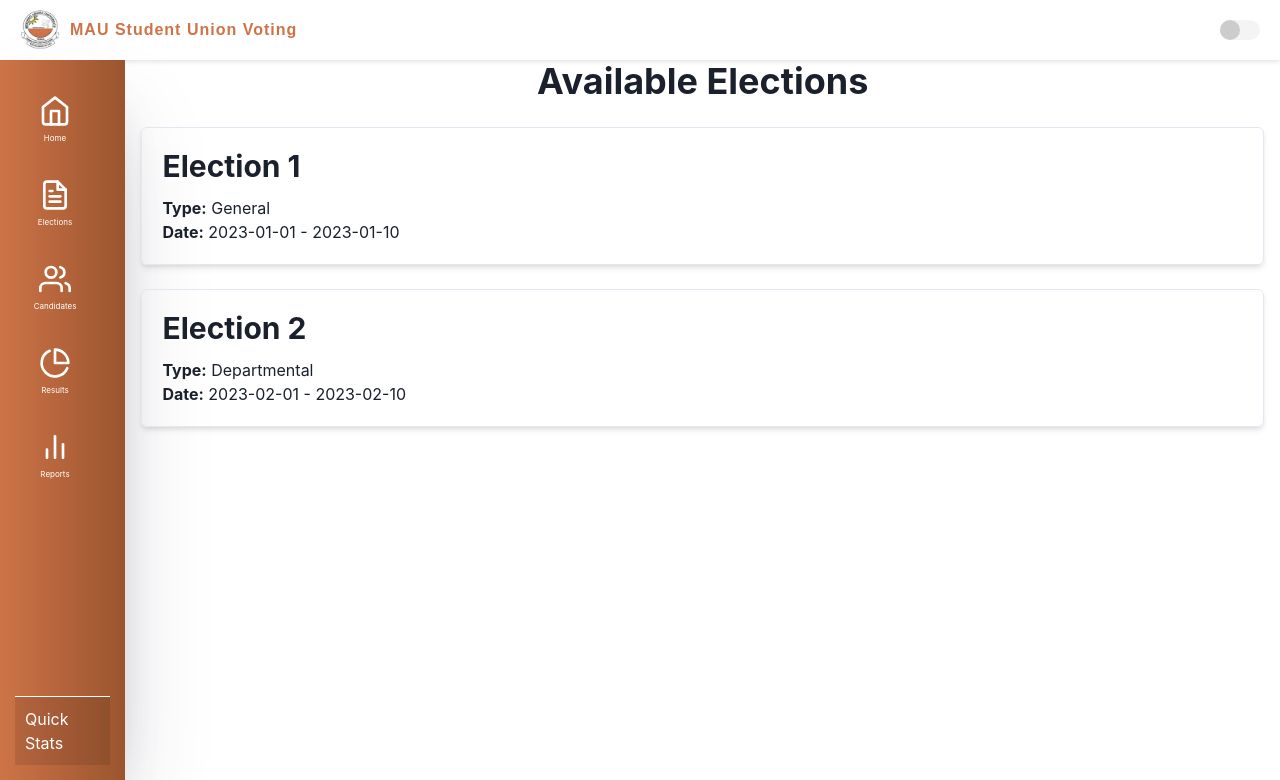
Repository: joena1o/e-vote
Page: /ElectionCommittee-dashboard/election-list
These files come from the project's save history. The page is drawn as it stood at one moment and after the next save; the edit follows.
The browser window is 1280 px wide. The pictures show the whole page.
The project was rebuilt for these pictures with package versions that can differ from the ones it lists, and the page was loaded fresh each time. Also part of the build but not shown: src/components/EnhancedLogin.js, src/components/maincontent/RegisterStudents/ManageStudents.js, src/components/maincontent/RegisterStudents/RegisterStudents.js, src/components/maincontent/RegisterStudents/StudentManagement.js, src/components/maincontent/ElectionResults/ViewResults.js, src/components/maincontent/Settings/Settings.js, src/api/index.js, src/components/maincontent/home/Home.styles.js and 16 more.

Above is the page before, as saved 2023-10-24 08:27:10.

### src/index.js
import React from 'react';
import ReactDOM from 'react-dom/client';
import './index.css';
import App from './App';
import reportWebVitals from './reportWebVitals';
import Modal from 'react-modal';

// Set the app element for the modal for accessibility purposes
Modal.setAppElement('#root');

const root = ReactDOM.createRoot(document.getElementById('root'));
root.render(
  <React.StrictMode>
    <App />
  </React.StrictMode>
);

// If you want to start measuring performance in your app, pass a function
// to log results (for example: reportWebVitals(console.log))
// or send to an analytics endpoint. Learn more: https://bit.ly/CRA-vitals
reportWebVitals();

### src/App.js
import React from 'react';
import { BrowserRouter as Router, Routes, Route, Navigate } from 'react-router-dom';
import EnhancedLogin from './components/EnhancedLogin';
import AdminDashboard from './components/AdminDashboard';
import StudentDashboard from './components/StudentDashboard';
import { ChakraProvider, ColorModeProvider, Button, useColorMode } from '@chakra-ui/react';
import { Provider } from 'react-redux';
import store from './Redux/store';
import ElectionCommitteeDashboard from './components/maincontent/ElectionCommitteeDashboard';

// Component to toggle dark mode
function DarkModeToggle() {
  const { colorMode, toggleColorMode } = useColorMode();
  return (
    <Button onClick={toggleColorMode} position="fixed" m={4} zIndex={10}>
      Toggle {colorMode === 'light' ? 'Dark' : 'Light'}
    </Button>
  );
}

function App() {
  // Check if the current route is not the "/login" route, then render the DarkModeToggle
  // const isLoginPage = window.location.pathname === '/login';

  return (
    <Provider store={store}>
      <ChakraProvider>
        <ColorModeProvider options={{ useSystemColorMode: true }}>
          <Router>
            <Routes>
              {/* Define your routes */}
              <Route path="/login" element={<EnhancedLogin />} />
              <Route path="/admin-dashboard/*" element={<AdminDashboard />} />
              <Route path="/ElectionCommittee-dashboard/*" element={<ElectionCommitteeDashboard />} />
              <Route path='/student-dashboard/*' element={<StudentDashboard />} />
              {/* Redirect root to /admin-dashboard */}
              <Route path="/" element={<Navigate to="/admin-dashboard" replace />} />
            </Routes>
          </Router>
          {/* Render DarkModeToggle only if not on the "/login" page */}
          {/* {!isLoginPage && <DarkModeToggle />} */}
        </ColorModeProvider>
      </ChakraProvider>
    </Provider>
  );
}

export default App;

### src/Redux/store.js
import { configureStore } from '@reduxjs/toolkit';
import electionReducer from './electionSlice';
import studentsReducer from './studentsSlice';
import candidatesReducer from './CandidateSlice'; // Import the candidates reducer

const store = configureStore({
  reducer: {
    elections: electionReducer,
    students: studentsReducer,
    candidates: candidatesReducer, // Add the candidates reducer here
  },
});

export default store;

### src/components/maincontent/ElectionCommitteeDashboard.js
// ElectionCommitteeDashboard.js
import React from 'react';
import { Routes, Route } from 'react-router-dom';
import ElectionCommitteeSidebar from './ElectionCommitteeSidebar';
import Navbar from '../Navbar';
import styled from 'styled-components';
import ElectionList from './ManageElections/ElectionList';
import ViewResults from './ElectionResults/ViewResults';
import ElectionCommitteeHome from './home/ElectionCommitteeHome';
import CandidatesScreening from './CandidateScreening/CandidateScreening';



const Container = styled.div`
  display: flex;
  flex-direction: column;
  height: 100vh;
  width: 100%;
`;

const Content = styled.div`
  display: flex;
  flex: 1;
`;

const ElectionCommitteeDashboard = () => {
  return (
    <Container>
      <Navbar />
      <Content>
        <ElectionCommitteeSidebar />
        <Routes>
          <Route index element={<ElectionCommitteeHome />} />

          <Route path="election-list" element={<ElectionList />} />
          <Route path="candidates-screening" element={<CandidatesScreening />} />
          <Route path="view-results" element={<ViewResults />} />

        </Routes>
      </Content>
    </Container>
  );
};

export default ElectionCommitteeDashboard;

### src/components/Navbar.js
import React from 'react';
import styled, { createGlobalStyle } from 'styled-components';
import logo from '../assets/school_logo.jpg';
import { useColorMode } from '@chakra-ui/react';

const GlobalStyle = createGlobalStyle`
  body {
    background-color: ${props => (props.theme === 'dark' ? '#333' : '#fff')};
    color: ${props => (props.theme === 'dark' ? '#fff' : '#000')}; // Set other component texts to black in light mode
  }
`;

const Header = styled.header`
  background: ${props => (props.theme === 'dark' ? '#333' : '#fff')};
  color: ${props => (props.theme === 'dark' ? '#fff' : '#ce7348')}; // Set navbar text to brown in light mode
  padding: 10px 20px;
  display: flex;
  align-items: center;
  justify-content: flex-start;
  box-shadow: 0px 2px 4px rgba(0, 0, 0, 0.1);
  font-family: 'Poppins', sans-serif;
`;


const Logo = styled.img`
  width: 40px;
  height: 40px;
  border-radius: 20px;
  margin-right: 10px;
`;

const Title = styled.h1`
  margin: 0;
  padding: 0;
  font-size: 1rem;
  font-weight: 600;
  letter-spacing: 1px;
`;

const ToggleSlider = styled.label`
  display: flex;
  align-items: center;
  cursor: pointer;
  margin-left: auto;
`;

const SliderInput = styled.input.attrs({ type: 'checkbox' })`
  display: none;
`;

const Slider = styled.div`
  width: 40px;
  height: 20px;
  background-color: ${props => (props.theme === 'dark' ? '#333' : '#f4f4f4')};
  border-radius: 20px;
  position: relative;
  transition: background-color 0.3s ease;
  cursor: pointer;

  &::after {
    content: '';
    width: 20px;
    height: 20px;
    border-radius: 50%;
    background-color: ${props => (props.theme === 'dark' ? '#fff' : '#ccc')};
    position: absolute;
    top: 50%;
    transform: translateY(-50%);
    left: ${props => (props.theme === 'dark' ? '20px' : '0')};
    transition: left 0.3s ease;
  }
`;

function Navbar() {
  const { colorMode, toggleColorMode } = useColorMode();

  return (
    <>
      <GlobalStyle theme={colorMode} />
      <Header theme={colorMode}>
        <Logo src={logo} alt="University Logo" />
        <Title>MAU Student Union Voting</Title>
        <ToggleSlider>
          <SliderInput type="checkbox" onChange={toggleColorMode} />
          <Slider theme={colorMode} />
        </ToggleSlider>
      </Header>
    </>
  );
}

export default Navbar;

### src/Redux/electionSlice.js
/*import { createSlice, createAsyncThunk } from '@reduxjs/toolkit';
import { API, graphqlOperation } from 'aws-amplify';
import { createElection as createElectionAPI } from '../graphql/mutations';

export const createElection = createAsyncThunk(
  'elections/createElection',
  async (election, { rejectWithValue }) => {
    try {
      const result = await API.graphql(graphqlOperation(createElectionAPI, { input: election }));
      return result.data.createElection;
    } catch (error) {
      return rejectWithValue(error);
    }
  }
);

const electionSlice = createSlice({
  name: 'elections',
  initialState: [],
  reducers: {},
  extraReducers: (builder) => {
    builder.addCase(createElection.fulfilled, (state, action) => {
      state.push(action.payload);
    });
  },
});

export default electionSlice.reducer;
*/

### src/Redux/studentsSlice.js
import { createSlice } from '@reduxjs/toolkit';

export const studentsSlice = createSlice({
  name: 'students',
  initialState: [],
  reducers: {
    addStudents: (state, action) => {
      // Add students to the Redux store
      action.payload.forEach(student => {
        state.push(student);
      });
    },
  },
});

export const { addStudents } = studentsSlice.actions;

export default studentsSlice.reducer;

### src/Redux/CandidateSlice.js

import { createSlice } from '@reduxjs/toolkit';

export const candidatesSlice = createSlice({
  name: 'candidates',
  initialState: [],
  reducers: {
    setCandidates: (state, action) => {
      return action.payload;
    },
  },
});

export const { setCandidates } = candidatesSlice.actions;
export default candidatesSlice.reducer;

### src/components/maincontent/ElectionCommitteeSidebar.js
import React from 'react';
import styled from 'styled-components';
import { Link } from 'react-router-dom';
import { FiHome, FiFileText, FiUsers, FiPieChart, FiBarChart2, FiTrendingUp } from 'react-icons/fi';
import { useColorMode } from '@chakra-ui/react';


const SidebarContainer = styled.nav`
  background: ${props => (props.theme === 'dark' ? '#333' : 'linear-gradient(to right, #ce7348, #9a552e)')};
  padding: 15px;
  height: 100vh;
  color: #fff;
  box-shadow: rgba(50, 50, 93, 0.25) 0px 50px 100px -20px, rgba(0, 0, 0, 0.3) 0px 30px 60px -30px;
  display: flex;
  flex-direction: column;
`;

const LinkList = styled.ul`
  list-style-type: none;
  padding: 0;
  flex: 1;
`;

const StyledLink = styled(Link)`
  text-decoration: none;
  color: #fff;
  display: flex;
  flex-direction: column;
  align-items: center;
  transition: color 0.3s ease;
  margin-bottom: 15px;
  cursor: pointer;
  font-size: 0.5rem;

  &:hover {
    color: #fce364;
  }

  width: 80px;
  text-align: center;
  word-wrap: break-word;
  overflow-wrap: break-word;
`;

const LinkItem = styled.li`
  display: flex;
  align-items: center;
  margin-top: 20px;
`;

const Icon = styled.div`
  font-size: 2rem;
  color: #fff;

  margin-bottom: 5px;

  ${StyledLink}:hover & {
    color: #fce364;
  }
`;

const QuickStats = styled.div`
  margin-top: auto;
  padding: 10px;
  background: rgba(0, 0, 0, 0.1);
  border-top: 1px solid #fff;
`;

function ElectionCommitteeSidebar() {
  const { colorMode } = useColorMode();

  return (
    <SidebarContainer theme={colorMode}>
      <LinkList>
        <LinkItem>
          <StyledLink to="/ElectionCommittee-dashboard">
            <Icon><FiHome /></Icon>
            Home
          </StyledLink>
        </LinkItem>
        <LinkItem>
          <StyledLink to="/ElectionCommittee-dashboard/election-list">
            <Icon><FiFileText /></Icon>
            Elections
          </StyledLink>
        </LinkItem>
        <LinkItem>
          <StyledLink to="/ElectionCommittee-dashboard/candidates-screening">
            <Icon><FiUsers /></Icon>
            Candidates
          </StyledLink>
        </LinkItem>
        <LinkItem>
          <StyledLink to="/ElectionCommittee-dashboard/view-results">
            <Icon><FiPieChart /></Icon>
            Results
          </StyledLink>
        </LinkItem>
        <LinkItem>
          <StyledLink to="/reports">
            <Icon><FiBarChart2 /></Icon>
            Reports
          </StyledLink>
        </LinkItem>
      </LinkList>
      <QuickStats>
        <h3>Quick Stats</h3>
        {/* Here you can place any quick statistics or relevant data for the admin */}
      </QuickStats>
    </SidebarContainer>
  );
}

export default ElectionCommitteeSidebar;

### src/components/maincontent/ManageElections/ElectionList.js
import React, { useState, useEffect } from 'react';
import { Box, Button, Heading, Text, VStack, Container } from '@chakra-ui/react';

const ElectionList = () => {
  const [elections, setElections] = useState([]);
  const [loading, setLoading] = useState(false);
  const [error, setError] = useState(null);

  useEffect(() => {
    // Mock data for testing
    const mockElections = [
      { id: '1', name: 'Election 1', type: 'General', startDate: '2023-01-01', endDate: '2023-01-10' },
      { id: '2', name: 'Election 2', type: 'Departmental', startDate: '2023-02-01', endDate: '2023-02-10' },
      // Add more mock elections as needed
    ];

    setElections(mockElections);
  }, []);

  return (
    <Container maxW="container.xl" centerContent>
      <Heading as="h1" size="xl" mb={6}>
        Available Elections
      </Heading>

      {loading && <Text>Loading elections...</Text>}
      {error && <Text color="red.500">Error fetching elections. Please try again.</Text>}

      <VStack spacing={6} align="start" w="100%">
        {elections.map((election) => (
          <Box key={election.id} p={5} shadow="md" borderWidth="1px" borderRadius="md" w="100%">
            <Heading as="h3" size="lg" mb={3}>
              {election.name}
            </Heading>
            <Text>
              <strong>Type:</strong> {election.type}
            </Text>
            <Text>
              <strong>Date:</strong> {election.startDate} - {election.endDate}
            </Text>
          </Box>
        ))}
      </VStack>
    </Container>
  );
};

export default ElectionList;

Loaded but not shown: public/index.html (common file); src/index.css (common file); src/reportWebVitals.js (common file)

After the next save:
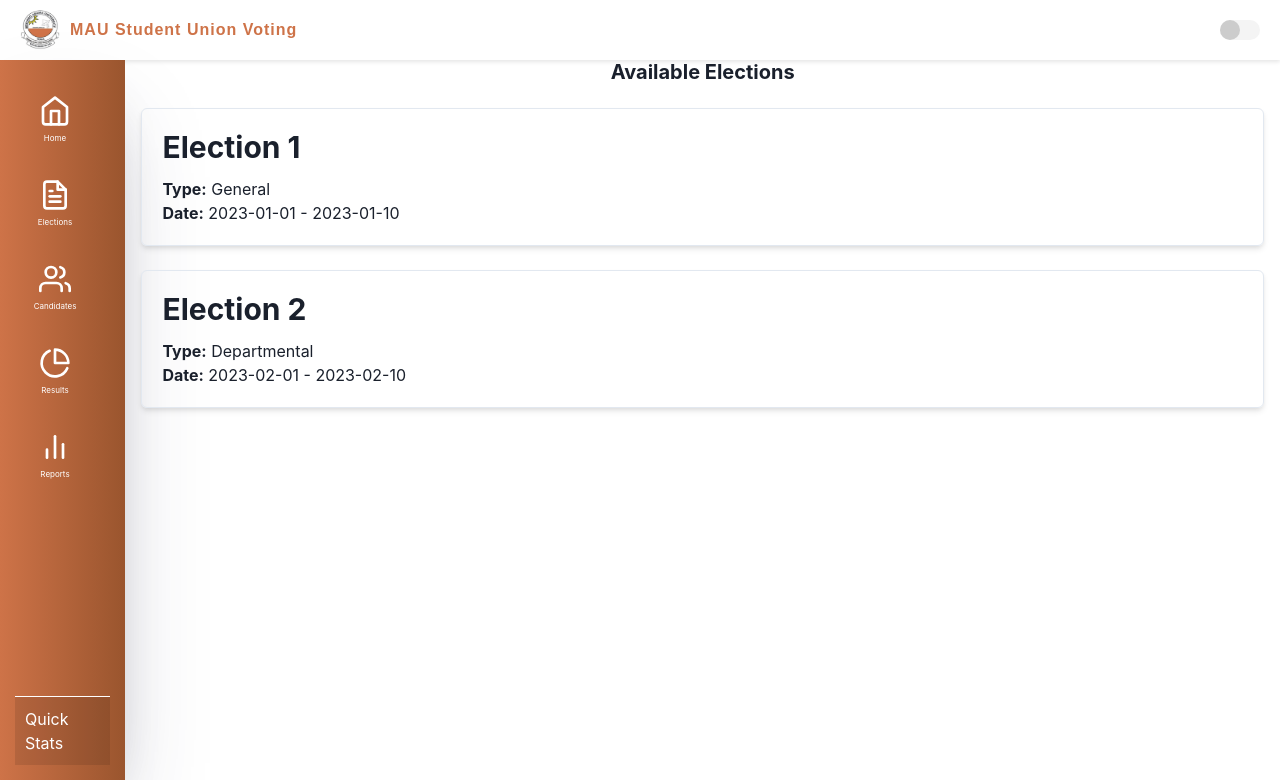
Saved 2 min 2 s later.
--- a/src/components/maincontent/ManageElections/ElectionList.js
+++ b/src/components/maincontent/ManageElections/ElectionList.js
@@ -19,7 +19,7 @@ const ElectionList = () => {
 
   return (
     <Container maxW="container.xl" centerContent>
-      <Heading as="h1" size="xl" mb={6}>
+      <Heading as="h1" size="md" mb={6}>
         Available Elections
       </Heading>
 
